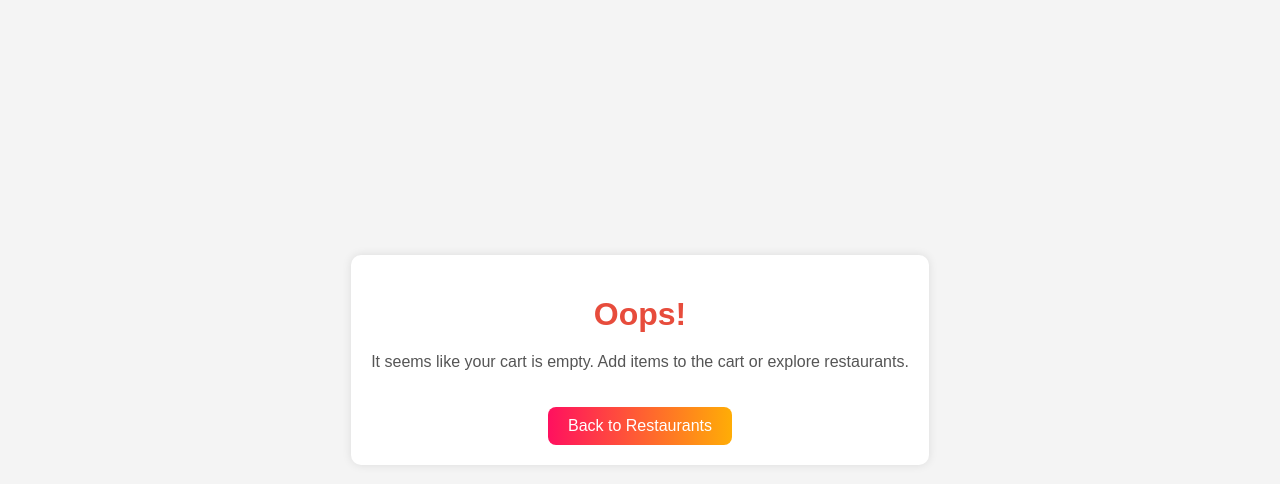
Repository: SWATHIBHUMA/FoodDelivaryApp
Page: http://localhost/FoodDelivaryApp/errorPage.jsp
An editor plug-in stored every save of this project. The page is shown before and after the next save, followed by the edit.
The browser window is 1280 px wide. The pictures show the whole page.
The page is served by Tomcat 9.

Above is the page before, as saved 2024-01-14 11:53:10.

After the next save:
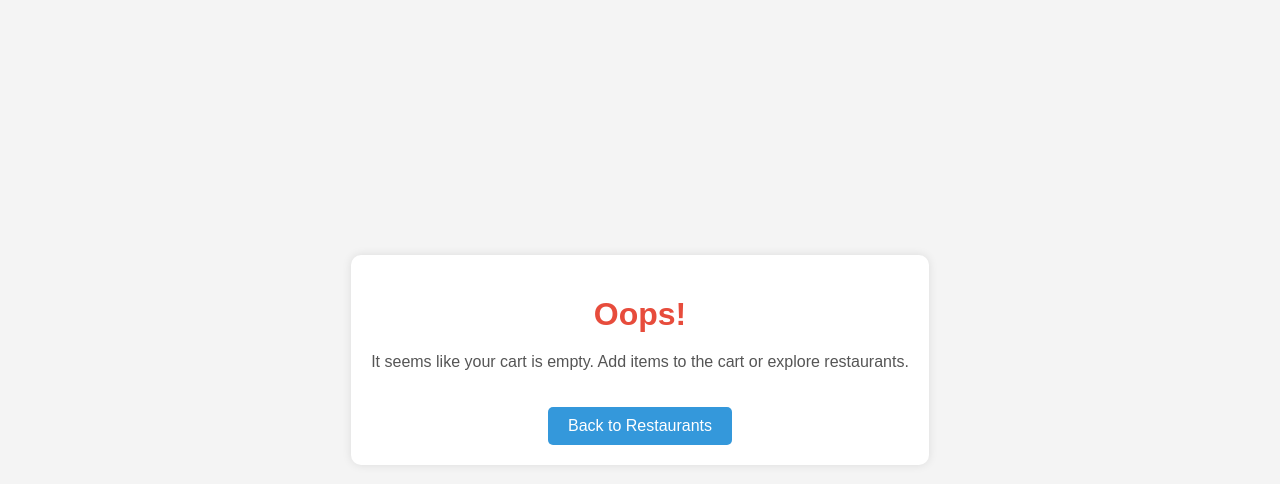
Saved 62 s later.
--- a/FoodDelivaryApp/src/main/webapp/errorPage.jsp
+++ b/FoodDelivaryApp/src/main/webapp/errorPage.jsp
@@ -30,6 +30,7 @@
         h1 {
             color: #e74c3c;
             margin-bottom: 20px;
+            animation: bounce 1s infinite; /* Add bounce animation */
         }
 
         p {
@@ -41,15 +42,27 @@
             display: inline-block;
             margin-top: 20px;
             padding: 10px 20px;
-            background: linear-gradient(to right, #ff105f,#ffad06);
+            background-color: #3498db;
             color: #fff;
             text-decoration: none;
-            border-radius: 8px;
+            border-radius: 5px;
             transition: background-color 0.3s ease;
         }
 
         .back-to-restaurants-btn:hover {
             background-color: #2980b9;
+        }
+
+        @keyframes bounce {
+            0%, 20%, 50%, 80%, 100% {
+                transform: translateY(0);
+            }
+            40% {
+                transform: translateY(-20px);
+            }
+            60% {
+                transform: translateY(-10px);
+            }
         }
     </style>
 </head>
